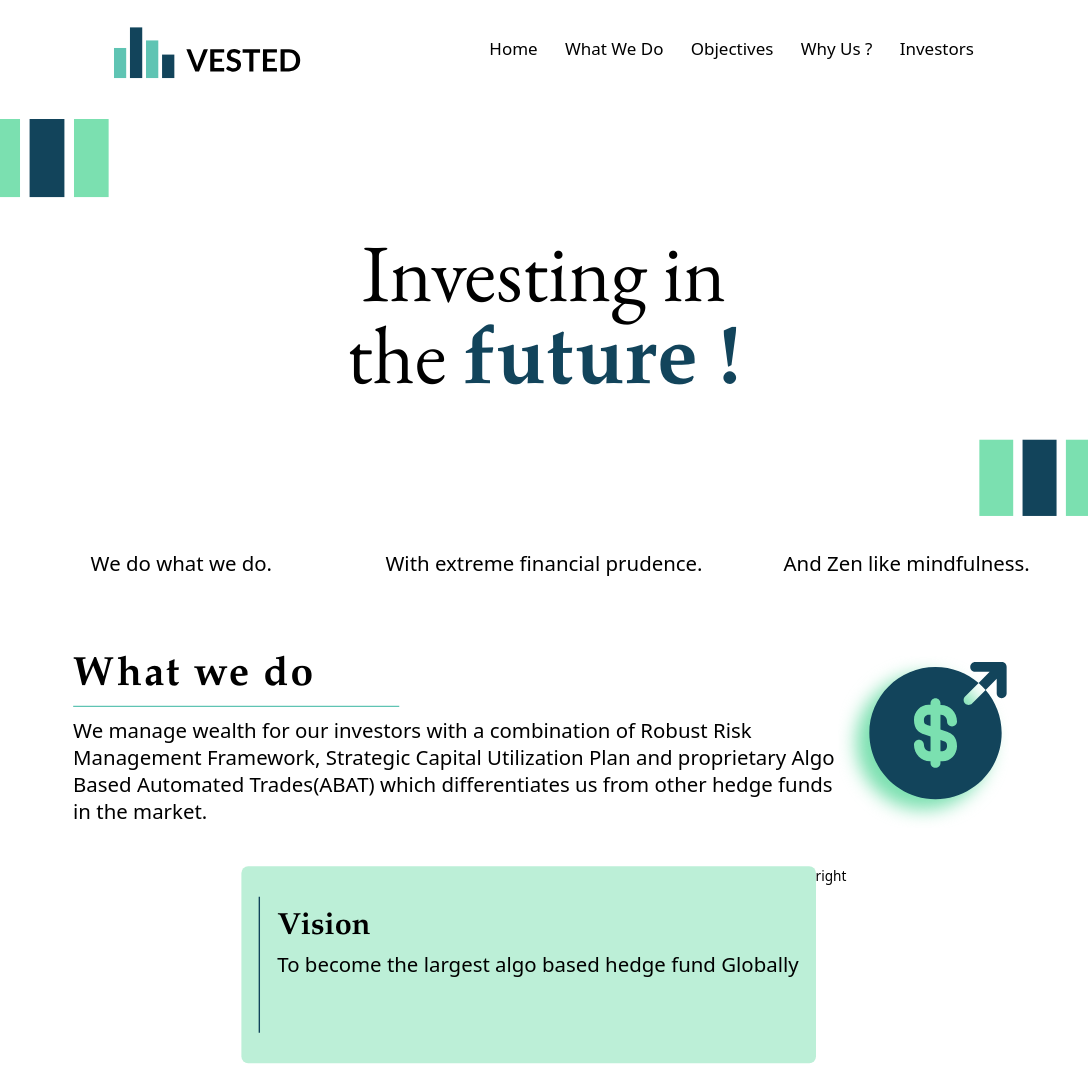
Repository: husainmamuwala/TippingPointsFinancial
Page: /
An editor plug-in stored every save of this project. The page is shown before and after the next save, followed by the edit.
The browser window is 1280 px wide. The pictures show the whole page, at 85% of full size.
The project was rebuilt for these pictures with package versions that can differ from the ones it lists, and the page was loaded fresh each time. The framework's server and built-in components were replaced by stand-ins that run in the browser. Also part of the build but not shown: next.config.js.

Above is the page before, as saved 2022-10-15 19:03:18.

### pages/_document.js
import Document, { Html, Head, Main, NextScript } from "next/document";

function MyDocument() {
  return (
    <Html>
      <Head>
      <link rel="preconnect" href="https://fonts.googleapis.com"/>
<link rel="preconnect" href="https://fonts.gstatic.com" crossorigin/>
<link href="https://fonts.googleapis.com/css2?family=EB+Garamond:ital,wght@0,400;0,600;1,500&display=swap" rel="stylesheet"></link>
      </Head>
      <body>
        <Main />
        <NextScript />
      </body>
    </Html>
  );
}

export default MyDocument;

### pages/index.js
import React from "react"
import Hero from "../components/Hero"
import Nav from "../components/Nav"
import Objectives from "../components/Objectives"
import Whatwedo from "../components/Whatwedo"


export default function Home() {
  return (

    <div className="h-screen">
      <Nav/>
      <section id="home">
        <Hero/>
      </section>
      <section id="whatwedo">
        <Whatwedo/>
      </section>
      <section id="objectives">
        <Objectives/>
      </section>
    </div>

  )
}

### styles/globals.css
@tailwind base;
@tailwind components;
@tailwind utilities;

@layer base{
    @font-face{
        font-family: "Garamond";
        src: url('/fonts/Garamond.woff2') format('woff2');
        font-family: 'Montserrat', sans-serif

    }

}

### components/Hero.jsx
import React from 'react'

const Hero = () => {
  return (
    <div className='flex flex-col py-6'>
      <div className='grid grid-flow-row'>
        <div className='justify-self-start self-start w-20 md:w-32 '>
          <svg className="" width="auto" height="auto" viewBox="0 0 125 90" fill="none" xmlns="http://www.w3.org/2000/svg">
            <rect x="-17" width="40" height="90" fill="#7BE0B0" />
            <rect x="34" width="40" height="90" fill="#12445B" />
            <rect x="85" width="40" height="90" fill="#7BE0B0" />
          </svg>
        </div>
        <div className='justify-self-center w-full py-5 md:py-10'>
          <span className=' text-6xl text-center lg:text-8xl font-garamond pt-5 pb-5'>
            <span className="block">Investing in</span>
            <span className="block">the <span className='text-[#12445B] font-semibold'>future !</span></span>
          </span>
        </div>
        <div className='justify-self-end self-end w-20 md:w-32'>
          <svg className='' width="auto" height="au" viewBox="0 0 128 90" fill="none" xmlns="http://www.w3.org/2000/svg">
            <rect width="40" height="90" fill="#7BE0B0" />
            <rect x="51" width="40" height="90" fill="#12445B" />
            <rect x="102" width="40" height="90" fill="#7BE0B0" />
          </svg>
        </div>
      </div>
      <div className='grid grid-row-3 md:grid-cols-3 justify-evenly text-center
        text-xl font-Montserrat md:text-2xl md:py-10'>
        <div>
          <span>We do what we do.</span>
        </div>
        <div>
          <span>With extreme financial prudence.</span>
        </div>
        <div>
          <span>And Zen like mindfulness.</span>
        </div>
      </div>
    </div>
  )
}

export default Hero

### components/Nav.jsx
import Link from 'next/link';
import React, { useState } from 'react'
import { FiMenu } from 'react-icons/fi';
import {AiOutlineClose} from 'react-icons/ai'

const Nav = () => {
    const Links=[
        {name:"Home",link:"/"},
        {name:"What We Do",link:"#whatwedo"},
        {name:"Objectives",link:"#objectives"},
        {name:"Why Us ?",link:"#whyus"},
        {name:"Investors",link:"/investors"},
    ];
    const [open,setOpen] = useState(false);
  return (
    <div className='w-full relative top-0 font-Montserrat font-[400] bg-white'>
        <div className='sticky lg:flex py-4 lg:px-10 items-center lg:justify-around'>
            <div className='mt-2 scale-75 md:scale-100'>
                <svg width="221" height="60" viewBox="0 0 221 60" fill="none" xmlns="http://www.w3.org/2000/svg">
                <path d="M110.63 25.972L100.118 52H95.7437L85.2317 25.972H89.1197C89.5397 25.972 89.8817 26.074 90.1457 26.278C90.4097 26.482 90.6077 26.746 90.7397 27.07L96.8777 42.946C97.0817 43.462 97.2737 44.032 97.4537 44.656C97.6457 45.268 97.8257 45.91 97.9937 46.582C98.1377 45.91 98.2937 45.268 98.4617 44.656C98.6297 44.032 98.8157 43.462 99.0197 42.946L105.122 27.07C105.218 26.794 105.404 26.542 105.68 26.314C105.968 26.086 106.316 25.972 106.724 25.972H110.63ZM118.184 29.824V37.042H127.292V40.768H118.184V48.13H129.74V52H113.324V25.972H129.74V29.824H118.184ZM147.891 30.706C147.747 30.958 147.591 31.144 147.423 31.264C147.267 31.372 147.069 31.426 146.829 31.426C146.577 31.426 146.301 31.336 146.001 31.156C145.713 30.964 145.365 30.754 144.957 30.526C144.549 30.298 144.069 30.094 143.517 29.914C142.977 29.722 142.335 29.626 141.591 29.626C140.919 29.626 140.331 29.71 139.827 29.878C139.323 30.034 138.897 30.256 138.549 30.544C138.213 30.832 137.961 31.18 137.793 31.588C137.625 31.984 137.541 32.422 137.541 32.902C137.541 33.514 137.709 34.024 138.045 34.432C138.393 34.84 138.849 35.188 139.413 35.476C139.977 35.764 140.619 36.022 141.339 36.25C142.059 36.478 142.797 36.724 143.553 36.988C144.309 37.24 145.047 37.54 145.767 37.888C146.487 38.224 147.129 38.656 147.693 39.184C148.257 39.7 148.707 40.336 149.043 41.092C149.391 41.848 149.565 42.766 149.565 43.846C149.565 45.022 149.361 46.126 148.953 47.158C148.557 48.178 147.969 49.072 147.189 49.84C146.421 50.596 145.479 51.196 144.363 51.64C143.247 52.072 141.969 52.288 140.529 52.288C139.701 52.288 138.885 52.204 138.081 52.036C137.277 51.88 136.503 51.652 135.759 51.352C135.027 51.052 134.337 50.692 133.689 50.272C133.041 49.852 132.465 49.384 131.961 48.868L133.383 46.546C133.503 46.378 133.659 46.24 133.851 46.132C134.043 46.012 134.247 45.952 134.463 45.952C134.763 45.952 135.087 46.078 135.435 46.33C135.783 46.57 136.197 46.84 136.677 47.14C137.157 47.44 137.715 47.716 138.351 47.968C138.999 48.208 139.773 48.328 140.673 48.328C142.053 48.328 143.121 48.004 143.877 47.356C144.633 46.696 145.011 45.754 145.011 44.53C145.011 43.846 144.837 43.288 144.489 42.856C144.153 42.424 143.703 42.064 143.139 41.776C142.575 41.476 141.933 41.224 141.213 41.02C140.493 40.816 139.761 40.594 139.017 40.354C138.273 40.114 137.541 39.826 136.821 39.49C136.101 39.154 135.459 38.716 134.895 38.176C134.331 37.636 133.875 36.964 133.527 36.16C133.191 35.344 133.023 34.342 133.023 33.154C133.023 32.206 133.209 31.282 133.581 30.382C133.965 29.482 134.517 28.684 135.237 27.988C135.957 27.292 136.845 26.734 137.901 26.314C138.957 25.894 140.169 25.684 141.537 25.684C143.073 25.684 144.489 25.924 145.785 26.404C147.081 26.884 148.185 27.556 149.097 28.42L147.891 30.706ZM171.969 29.95H164.121V52H159.279V29.95H151.431V25.972H171.969V29.95ZM180.235 29.824V37.042H189.343V40.768H180.235V48.13H191.791V52H175.375V25.972H191.791V29.824H180.235ZM219.194 38.986C219.194 40.894 218.876 42.646 218.24 44.242C217.604 45.838 216.71 47.212 215.558 48.364C214.406 49.516 213.02 50.41 211.4 51.046C209.78 51.682 207.98 52 206 52H196.082V25.972H206C207.98 25.972 209.78 26.296 211.4 26.944C213.02 27.58 214.406 28.474 215.558 29.626C216.71 30.766 217.604 32.134 218.24 33.73C218.876 35.326 219.194 37.078 219.194 38.986ZM214.226 38.986C214.226 37.558 214.034 36.28 213.65 35.152C213.278 34.012 212.732 33.052 212.012 32.272C211.304 31.48 210.44 30.874 209.42 30.454C208.412 30.034 207.272 29.824 206 29.824H200.942V48.148H206C207.272 48.148 208.412 47.938 209.42 47.518C210.44 47.098 211.304 46.498 212.012 45.718C212.732 44.926 213.278 43.966 213.65 42.838C214.034 41.698 214.226 40.414 214.226 38.986Z" fill="black"/>
                <rect y="24.4445" width="14.4444" height="35.5556" fill="#5FC4B3"/>
                <rect x="18.8889" width="14.4444" height="60" fill="#12445B"/>
                <rect x="37.7778" y="15.5555" width="14.4444" height="44.4444" fill="#5FC4B3"/>
                <rect x="56.6667" y="32.2222" width="14.4444" height="27.7778" fill="#12445B"/>
                </svg>

            </div>
            <div onClick={()=>setOpen(!open)}
                 className='text-3xl absolute right-8 top-11 pr-8 cursor-pointer lg:hidden'>
                    {!open ? <FiMenu size={40}/> : <AiOutlineClose size={40}/>}
            </div>

            <ul className={`lg:flex lg:flex-row lg:items-center font-Montserrat pb-12 lg:pb-0
            absolute lg:static bg-white lg:z-auto z-[-1] w-full left-0  lg:pl-0 pl-9 lg:w-auto
            transition-all duration-500 ease-in
            ${open ? "flex-col" : "hidden"}`}>
                {
                    Links.map((link)=>(
                        <li onClick={() => setOpen(false)} key={link.link} className="md:ml-8 text-xl my-7 hover:text-[#5FC4B3]
                         relative transition-all hover:top-1">
                            <Link href={link.link}
                            className="font-Monteserrat">
                                {link.name}
                            </Link>
                        </li>
                    ))
                }
            </ul>
        </div>
    </div>
  )
}

export default Nav

### components/Objectives.jsx
import React from 'react'

const Objectives = () => {
  const Data = [
    {title:"Vision",desc:"To become the largest algo based hedge fund Globally"},]
  return (
    <div className='flex flex-col md:flex-row justify-center py-5 px-10'>
        <div>
          <div className='relative w- bg-[#7BE0B0] bg-opacity-50 rounded-lg p-5 flex flex-row '>
              <div className='pr-5 h-28 lg:h-48'>
                  <svg width="2" height="auto" viewBox="0 0 2 160" fill="none" xmlns="http://www.w3.org/2000/svg">
                  <line x1="1" y1="4.37114e-08" x2="0.999993" y2="160" stroke="#12445B" stroke-width="2"/>
                  </svg>
              </div>
              {
                Data.map((data)=>(
              <div className='lg:py-8'>
                <h1 className='text-3xl lg:text-4xl font-semibold font-garamond'>{data.title}</h1>
                <p className='font-montserrat text-2xl py-2'>{data.desc}</p>
              </div>
                ))}
          </div>
        </div>
          <div>
              right
          </div>

    </div>
  )
}

export default Objectives

### components/Whatwedo.tsx
import React from 'react'


const whatwedo = () => {
    return (
        <div className='py-5 px-10 flex md:flex-row flex-col justify-center'>
            <div className='md:w-3/4'>
                <div>
                    <h4 className='text-3xl md:text-5xl font-garamond font-semibold py-2 tracking-wider'>
                        What we do
                    </h4>

                    <svg className="lg:w-96 lg:h-2" width="auto" height="2" viewBox="0 0 589 2" fill="none" xmlns="http://www.w3.org/2000/svg">
                        <line y1="1" x2="589" y2="1" stroke="#5FC4B3" strokeWidth="2" />
                    </svg>

                    <p className='py-2 text-xl md:text-2xl'>
                        We manage wealth for our investors with a combination of Robust Risk Management Framework,
                        Strategic Capital Utilization Plan and proprietary Algo Based Automated Trades(ABAT)
                        which differentiates us from other hedge funds in the market.
                    </p>
                </div>
            </div>
            <div className='w-52 hidden md:block lg:self-center'>
                <svg width="auto" height="auto" viewBox="0 0 226 223" fill="none" xmlns="http://www.w3.org/2000/svg">
                    <g filter="url(#filter0_f_6_45)">
                        <circle cx="109.027" cy="113.259" r="86.0274" fill="#7BE0B0" />
                    </g>
                    <path d="M109.698 84.8371C109.698 89.4046 110.967 90.0812 113.843 91.0962L118.156 92.6187V78.2396H115.619C112.405 78.2396 109.698 81.2 109.698 84.8371ZM130.844 124.76H133.381C136.68 124.76 139.302 121.8 139.302 118.163C139.302 113.595 138.033 112.919 135.158 111.904L130.844 110.381V124.76Z" fill="#12445B" />
                    <path d="M188.614 46.3517L171.275 63.6913C170.006 64.96 168.399 65.5521 166.792 65.5521C165.185 65.5521 163.578 64.96 162.309 63.6913C161.129 62.4975 160.467 60.8867 160.467 59.2083C160.467 57.53 161.129 55.9192 162.309 54.7254L179.648 37.3858C164.762 24.6983 145.561 16.9167 124.5 16.9167C77.81 16.9167 39.9167 54.81 39.9167 101.5C39.9167 148.19 77.81 186.083 124.5 186.083C171.19 186.083 209.083 148.19 209.083 101.5C209.083 80.4388 201.302 61.2383 188.614 46.3517ZM139.302 99.9775C144.715 101.923 151.99 105.814 151.99 118.248C151.99 128.82 143.616 137.533 133.381 137.533H130.844V139.647C130.844 143.115 127.968 145.991 124.5 145.991C121.032 145.991 118.156 143.115 118.156 139.647V137.533H117.48C106.23 137.533 97.0104 128.059 97.0104 116.387C97.0104 112.834 99.8863 109.958 103.354 109.958C106.822 109.958 109.698 112.834 109.698 116.302C109.698 120.954 113.166 124.76 117.48 124.76H118.156V105.983L109.698 103.023C104.285 101.077 97.0104 97.1863 97.0104 84.7525C97.0104 74.1796 105.384 65.4675 115.619 65.4675H118.156V63.4375C118.156 59.9696 121.032 57.0938 124.5 57.0938C127.968 57.0938 130.844 59.9696 130.844 63.4375V65.5521H131.52C142.77 65.5521 151.99 75.0254 151.99 86.6979C151.99 90.1658 149.114 93.0417 145.646 93.0417C142.178 93.0417 139.302 90.1658 139.302 86.6979C139.302 82.0458 135.834 78.2396 131.52 78.2396H130.844V97.0171L139.302 99.9775ZM214.92 14.4638C214.251 12.9061 213.009 11.6647 211.452 10.9958C210.691 10.7256 209.891 10.5827 209.083 10.5729H175.25C171.782 10.5729 168.906 13.4488 168.906 16.9167C168.906 20.3846 171.782 23.2604 175.25 23.2604H193.774L179.648 37.3858C182.863 40.1771 185.823 43.1375 188.614 46.3517L202.74 32.2263V50.75C202.74 54.2179 205.615 57.0938 209.083 57.0938C212.551 57.0938 215.427 54.2179 215.427 50.75V16.9167C215.427 16.0708 215.258 15.3096 214.92 14.4638Z" fill="#12445B" />
                    <defs>
                        <filter id="filter0_f_6_45" x="0" y="4.2317" width="218.055" height="218.055" filterUnits="userSpaceOnUse" colorInterpolationFilters="sRGB">
                            <feFlood floodOpacity="0" result="BackgroundImageFix" />
                            <feBlend mode="normal" in="SourceGraphic" in2="BackgroundImageFix" result="shape" />
                            <feGaussianBlur stdDeviation="11.5" result="effect1_foregroundBlur_6_45" />
                        </filter>
                    </defs>
                </svg>
            </div>
        </div>
    )
}

export default whatwedo

### tailwind.config.js
/** @type {import('tailwindcss').Config} */
module.exports = {
  content: [
    "./pages/**/*.{js,ts,jsx,tsx}",
    "./components/**/*.{js,ts,jsx,tsx}",
  ],
  theme: {
    extend: {
      fontFamily: {
        garamond:'Garamond'
      }
    },
  },
  plugins: [],
}

Loaded but not shown: pages/_app.js (common file)

After the next save:
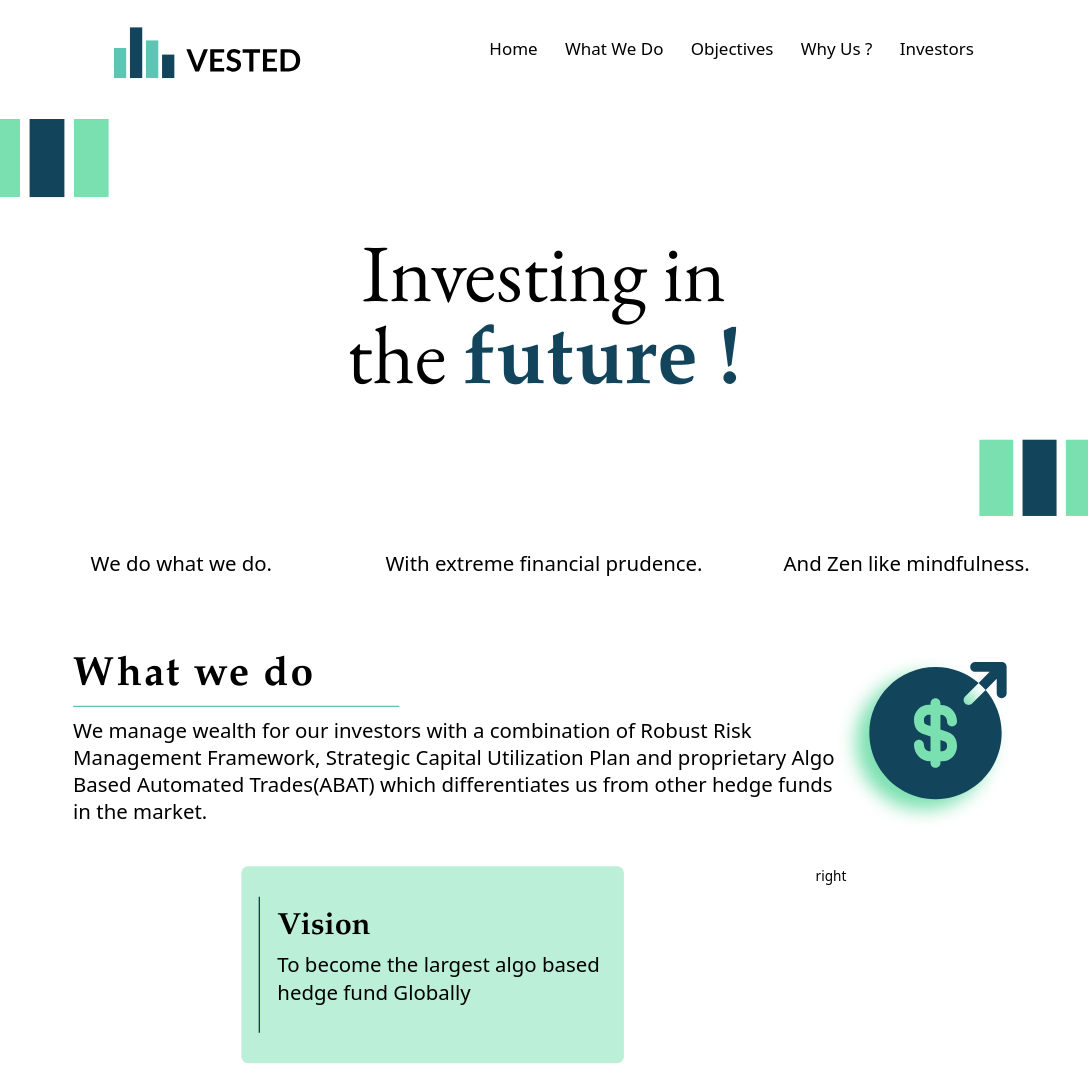
Saved 4 s later.
--- a/components/Objectives.jsx
+++ b/components/Objectives.jsx
@@ -6,7 +6,7 @@
   return (
     <div className='flex flex-col md:flex-row justify-center py-5 px-10'>
         <div>
-          <div className='relative w- bg-[#7BE0B0] bg-opacity-50 rounded-lg p-5 flex flex-row '>
+          <div className='relative w-2/3 bg-[#7BE0B0] bg-opacity-50 rounded-lg p-5 flex flex-row '>
               <div className='pr-5 h-28 lg:h-48'>
                   <svg width="2" height="auto" viewBox="0 0 2 160" fill="none" xmlns="http://www.w3.org/2000/svg">
                   <line x1="1" y1="4.37114e-08" x2="0.999993" y2="160" stroke="#12445B" stroke-width="2"/>

After the save that followed:
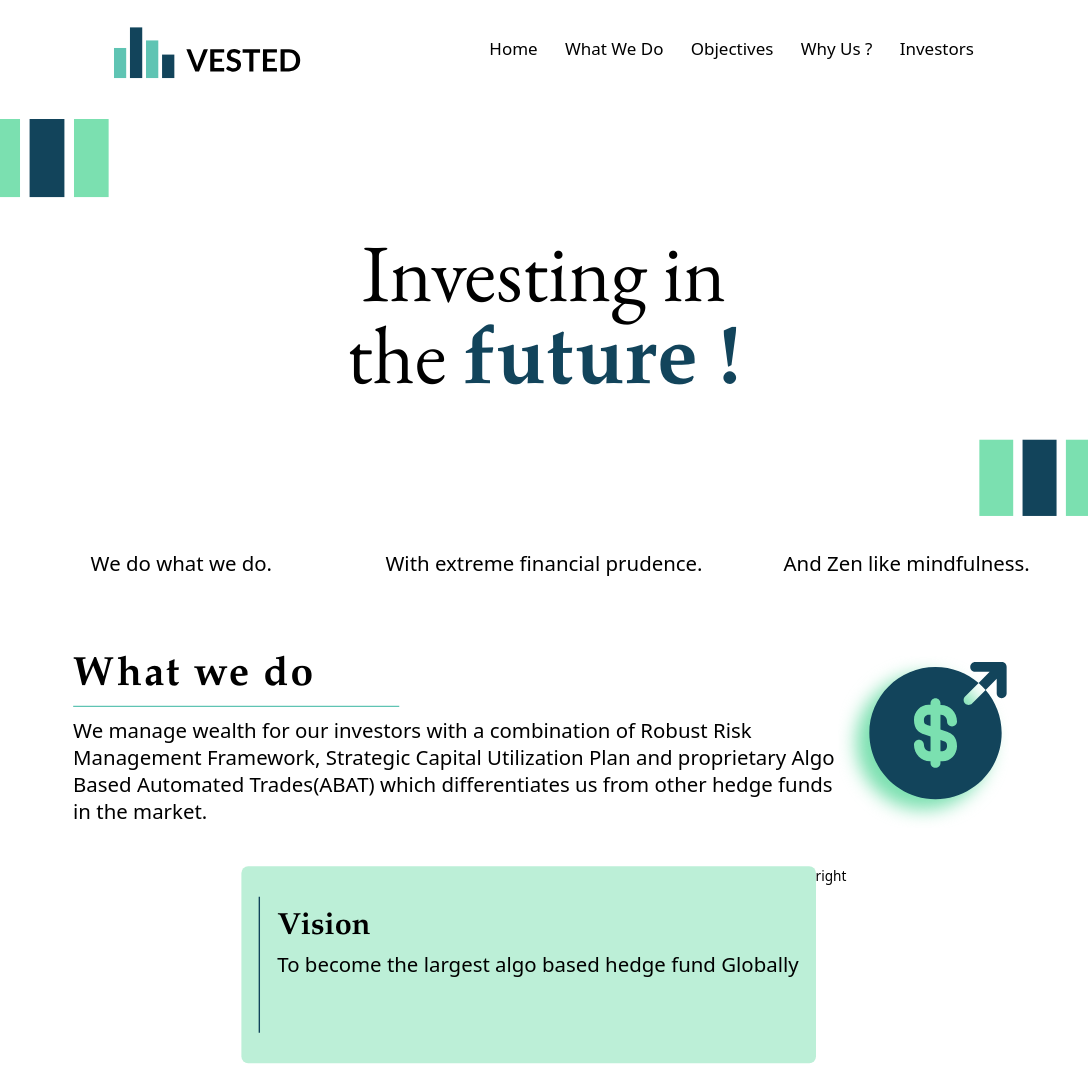
Saved 27 s later.
--- a/components/Objectives.jsx
+++ b/components/Objectives.jsx
@@ -6,7 +6,7 @@
   return (
     <div className='flex flex-col md:flex-row justify-center py-5 px-10'>
         <div>
-          <div className='relative w-2/3 bg-[#7BE0B0] bg-opacity-50 rounded-lg p-5 flex flex-row '>
+          <div className='relative bg-[#7BE0B0] bg-opacity-50 rounded-lg p-5 flex flex-row '>
               <div className='pr-5 h-28 lg:h-48'>
                   <svg width="2" height="auto" viewBox="0 0 2 160" fill="none" xmlns="http://www.w3.org/2000/svg">
                   <line x1="1" y1="4.37114e-08" x2="0.999993" y2="160" stroke="#12445B" stroke-width="2"/>
